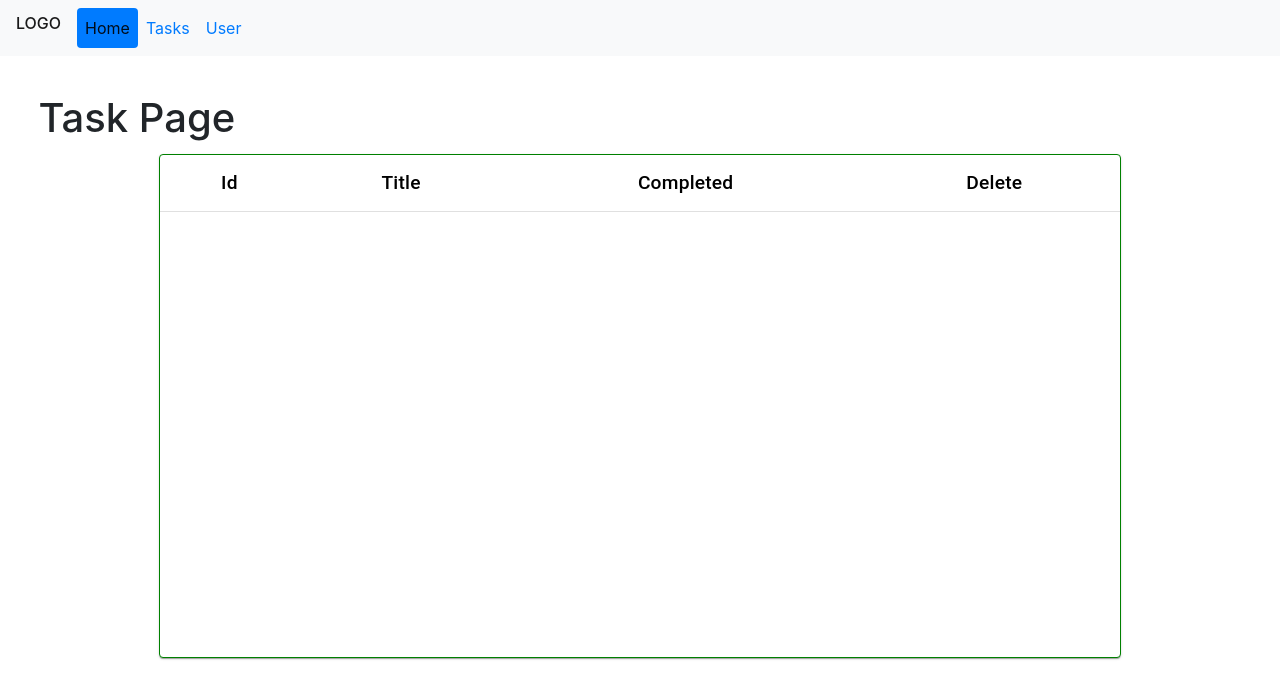
Repository: lalji-yadav/Nimapinfotech-demo-project
Page: /tasks
An editor plug-in stored every save of this project. The page is shown before and after the next save, followed by the edit.
The browser window is 1280 px wide. The pictures show the whole page.
The page's requests for data from a server got no answer. The project was rebuilt for these pictures with package versions that can differ from the ones it lists, and the page was loaded fresh each time. No one was signed in, and anything a server would have sent is missing. Also part of the build but not shown: src/components/Home.js, src/components/Users.js, src/components/Login.js.

Above is the page before, as saved 2021-01-17 18:44:16.

After the next save:
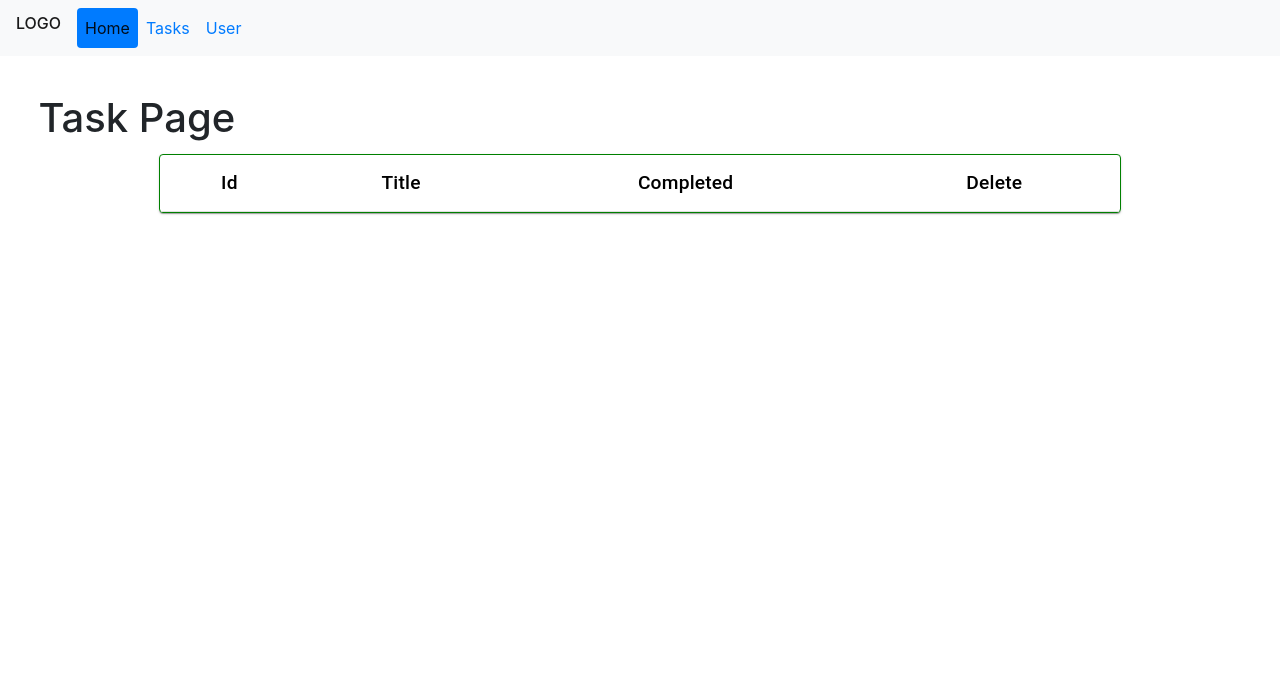
Saved 39 s later.
--- a/src/components/Tasks.js
+++ b/src/components/Tasks.js
@@ -32,7 +32,7 @@ function Tasks() {
                             <TableCell style={{ fontSize: "1.5vw", color: "black" }} align="center">Delete</TableCell>
                         </TableRow>
                     </TableHead>
-                    <div className="faqs-scroll">
+                    <div className="scroll-tab">
 
                     <TableBody style={{ fontSize: "2vw" }}>
                         {data.filter((item) => !item.hidden).map((item, row) => (

After the 2 saves that followed:
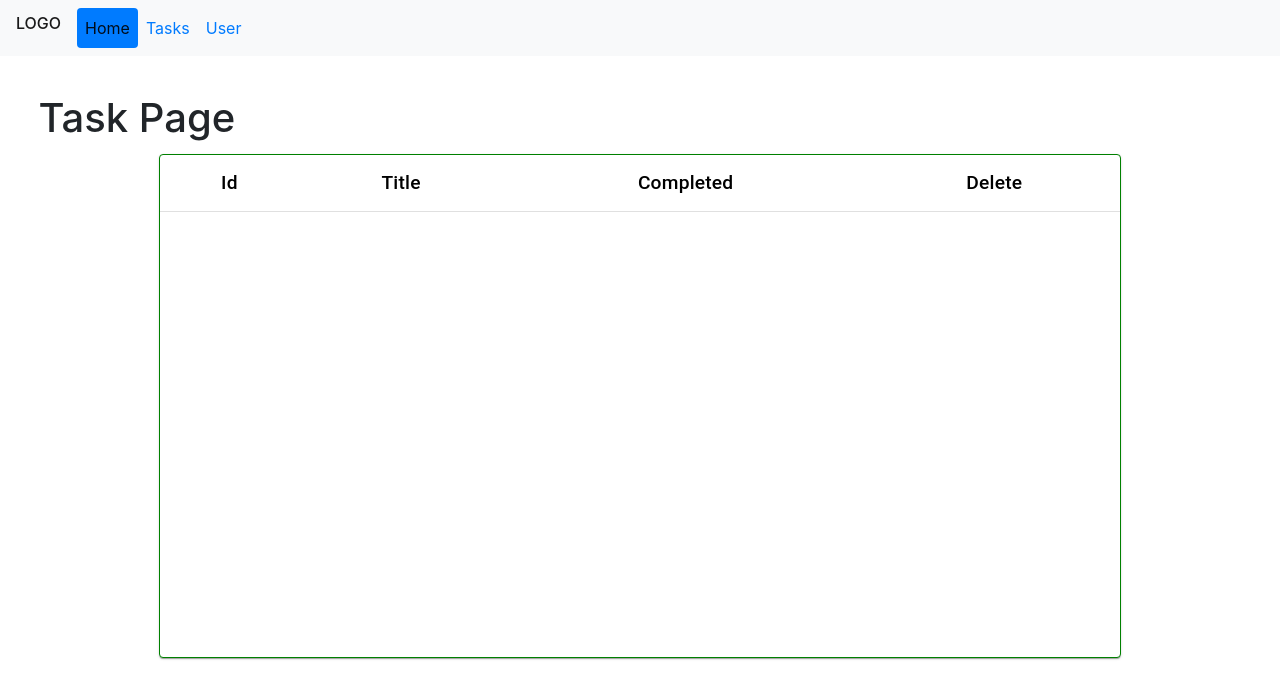
The 2 saves are shown as one change because 1 left the picture as it was.
The last was saved 64 s later.
--- a/src/App.css
+++ b/src/App.css
@@ -1,7 +1,8 @@
-.faqs-scroll {
+.scroll-tab {
     height: 60vh;
     margin: 5% 2% 4% 5%;
     overflow-y: scroll;
+    border: "1px solid red";
 }
 ::-webkit-scrollbar{
     width: 12px;
